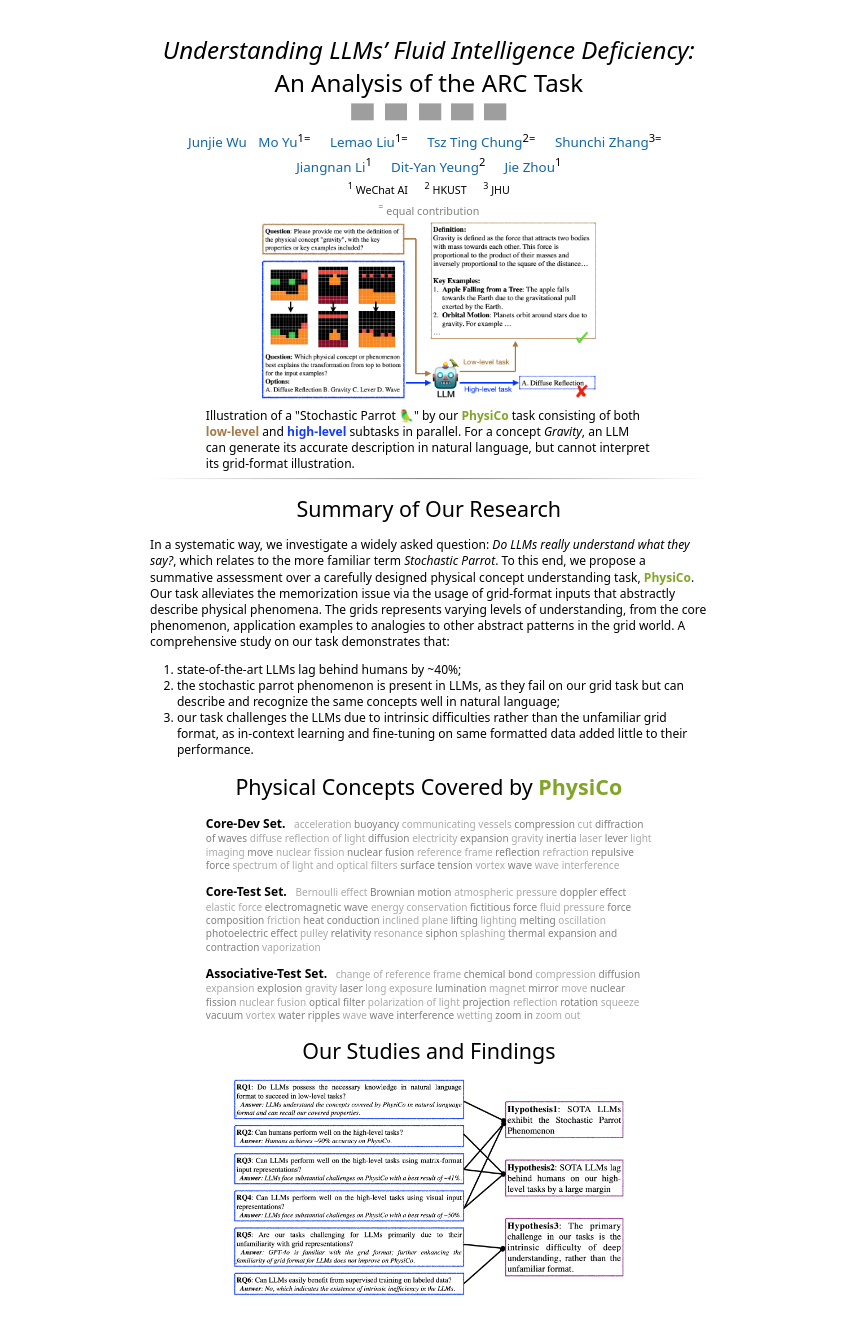
Repository: wujunjie1998/araoc-benchmark.github.io
Page: index.html
These files come from the project's save history. The page is drawn as it stood at one moment and after the next save; the edit follows.
The browser window is 1280 px wide. The pictures show the whole page, at 67% of full size.
Pictures or frames that could not be fetched are drawn as grey boxes.

Above is the page before, as saved 2025-02-07 21:02:36.

### index.html
<html>
  <head>
    <title>
      Understanding LLMs’ Fluid Intelligence Deficiency: An Analysis of the ARC Task
    </title>
    <link
      rel="icon"
      href="data:[embedded picture, 137 characters]"
    />
    <meta charset="UTF-8" />
    <meta name="viewport" content="width=device-width, initial-scale=1" />
    <link rel="stylesheet" href="./css/index.css" />
  </head>

  <body>
    <div class="header">
      <div class="paper-title">
        <i>Understanding LLMs’ Fluid Intelligence Deficiency:</i>
        <br />
        An Analysis of the ARC Task
      </div>
      <div>
        <!-- * Paper -->
        <span class="link-block">
          <a target="_blank" href="./paper.pdf"
            ><img
              class="badge"
              src="https://img.shields.io/badge/Paper-PDF-red?&labelColor=lightgray&logo=arxiv&logoColor=brown" /><img
          /></a>
        </span>
        <!-- * Dataset -->
        <span class="link-block">
          <a
            target="_blank"
            href="https://huggingface.co/datasets/ShunchiZhang/PhysiCo/"
            ><img
              class="badge"
              src="https://img.shields.io/badge/HuggingFace-Dataset-yellow?labelColor=lightgray&logo=huggingface" /><img
          /></a>
        </span>
        <!-- * Code -->
        <span class="link-block">
          <a target="_blank" href="https://github.com/physico-benchmark/physico"
            ><img
              class="badge"
              src="https://img.shields.io/badge/GitHub-Code-gray?labelColor=lightgray&logo=github&logoColor=gray" /><img /></a
        ></span>
        <!-- * Leaderboard -->
        <span class="link-block">
          <a href="./leaderboard.html"
            ><img
              class="badge"
              src="https://img.shields.io/badge/Leaderboard-Visit-blue?labelColor=lightgray&logo=stackblitz&logoColor=367BAF" /><img /></a
        ></span>
        <!-- * X Threads -->
        <span class="link-block">
          <a href="https://x.com/jieeijjie/status/1876713099752861782"
            ><img
              class="badge"
              src="https://img.shields.io/badge/Threads-black?labelColor=lightgray&logo=x&logoColor=gray" /><img /></a
        ></span>
      </div>
      <div>
        <div class="author-list">
          <span class="author-block"
            ><a href="https://wujunjie1998.github.io/">Junjie Wu</a
            >

          <span class="author-block"
            ><a href="https://sites.google.com/site/moyunlp/">Mo Yu</a
            ><sup>1=</sup></span
          >
          <span class="author-block"
            ><a href="https://lemaoliu.github.io/homepage/">Lemao Liu</a
            ><sup>1=</sup></span
          >
          <span class="author-block"
            ><a href="https://ttchungc.github.io/">Tsz Ting Chung</a
            ><sup>2=</sup></span
          >
          <span class="author-block"
            ><a href="https://shunchizhang.github.io">Shunchi Zhang</a
            ><sup>3=</sup></span
          >
        </div>
        <div class="author-list">
          <span class="author-block"
            ><a href="https://openreview.net/profile?id=~Jiangnan_Li2"
              >Jiangnan Li</a
            ><sup>1</sup></span
          >
          <span class="author-block"
            ><a href="https://sites.google.com/view/dyyeung">Dit-Yan Yeung</a
            ><sup>2</sup></span
          >
          <span class="author-block"
            ><a href="https://openreview.net/profile?id=~Jie_Zhou8">Jie Zhou</a
            ><sup>1</sup></span
          >
        </div>
        <div class="inst-list">
          <span class="institution-block"><sup>1</sup> WeChat AI</span>
          <span class="institution-block"><sup>2</sup> HKUST</span>
          <span class="institution-block"><sup>3</sup> JHU</span>
        </div>
        <div class="note-block"><sup>=</sup> equal contribution</div>
      </div>
    </div>

    <div class="teaser">
      <center>
        <img src="./img/teaser.png" />
        <figcaption>
          Illustration of a "Stochastic Parrot 🦜" by our
          <span class="dataset-name">PhysiCo</span> task consisting of both
          <b style="color: #a47b48">low-level</b> and
          <b style="color: #153cf9">high-level</b> subtasks in parallel. For a
          concept <i>Gravity</i>, an LLM can generate its accurate description
          in natural language, but cannot interpret its grid-format
          illustration.
        </figcaption>
      </center>
    </div>

    <hr />

    <!-- ^ Summary of Our Research -->
    <center><h1>Summary of Our Research</h1></center>
    <div class="content">
      <!-- <p style="font-size: large; text-align: center">
        <b>TL;DR:</b>
      </p> -->
      <p>
        In a systematic way, we investigate a widely asked question:
        <i>Do LLMs really understand what they say?</i>, which relates to the
        more familiar term <i>Stochastic Parrot</i>. To this end, we propose a
        summative assessment over a carefully designed physical concept
        understanding task, <span class="dataset-name">PhysiCo</span>. Our task
        alleviates the memorization issue via the usage of grid-format inputs
        that abstractly describe physical phenomena. The grids represents
        varying levels of understanding, from the core phenomenon, application
        examples to analogies to other abstract patterns in the grid world. A
        comprehensive study on our task demonstrates that:
      </p>
      <ol>
        <li>state-of-the-art LLMs lag behind humans by ~40%;</li>
        <li>
          the stochastic parrot phenomenon is present in LLMs, as they fail on
          our grid task but can describe and recognize the same concepts well in
          natural language;
        </li>
        <li>
          our task challenges the LLMs due to intrinsic difficulties rather than
          the unfamiliar grid format, as in-context learning and fine-tuning on
          same formatted data added little to their performance.
        </li>
      </ol>
    </div>

    <!-- ^ Physical Concepts Covered by `PhysiCo` -->
    <center>
      <h1>
        Physical Concepts Covered by <span class="dataset-name">PhysiCo</span>
      </h1>
    </center>
    <div class="content narrower">
      <p>
        <strong>Core-Dev Set.</strong>&ensp;<span style="font-size: smaller">
          <span style="color: darkgray">acceleration</span>
          <span style="color: gray">buoyancy</span>
          <span style="color: darkgray">communicating vessels</span>
          <span style="color: gray">compression</span>
          <span style="color: darkgray">cut</span>
          <span style="color: gray">diffraction of waves</span>
          <span style="color: darkgray">diffuse reflection of light</span>
          <span style="color: gray">diffusion</span>
          <span style="color: darkgray">electricity</span>
          <span style="color: gray">expansion</span>
          <span style="color: darkgray">gravity</span>
          <span style="color: gray">inertia</span>
          <span style="color: darkgray">laser</span>
          <span style="color: gray">lever</span>
          <span style="color: darkgray">light imaging</span>
          <span style="color: gray">move</span>
          <span style="color: darkgray">nuclear fission</span>
          <span style="color: gray">nuclear fusion</span>
          <span style="color: darkgray">reference frame</span>
          <span style="color: gray">reflection</span>
          <span style="color: darkgray">refraction</span>
          <span style="color: gray">repulsive force</span>
          <span style="color: darkgray"
            >spectrum of light and optical filters</span
          >
          <span style="color: gray">surface tension</span>
          <span style="color: darkgray">vortex</span>
          <span style="color: gray">wave</span>
          <span style="color: darkgray">wave interference</span></span
        >
      </p>
      <p>
        <strong>Core-Test Set.</strong>&ensp;<span style="font-size: smaller">
          <span style="color: darkgray">Bernoulli effect</span>
          <span style="color: gray">Brownian motion</span>
          <span style="color: darkgray">atmospheric pressure</span>
          <span style="color: gray">doppler effect</span>
          <span style="color: darkgray">elastic force</span>
          <span style="color: gray">electromagnetic wave</span>
          <span style="color: darkgray">energy conservation</span>
          <span style="color: gray">fictitious force</span>
          <span style="color: darkgray">fluid pressure</span>
          <span style="color: gray">force composition</span>
          <span style="color: darkgray">friction</span>
          <span style="color: gray">heat conduction</span>
          <span style="color: darkgray">inclined plane</span>
          <span style="color: gray">lifting</span>
          <span style="color: darkgray">lighting</span>
          <span style="color: gray">melting</span>
          <span style="color: darkgray">oscillation</span>
          <span style="color: gray">photoelectric effect</span>
          <span style="color: darkgray">pulley</span>
          <span style="color: gray">relativity</span>
          <span style="color: darkgray">resonance</span>
          <span style="color: gray">siphon</span>
          <span style="color: darkgray">splashing</span>
          <span style="color: gray">thermal expansion and contraction</span>
          <span style="color: darkgray">vaporization</span></span
        >
      </p>
      <p>
        <strong>Associative-Test Set.</strong>&ensp;<span
          style="font-size: smaller"
        >
          <span style="color: darkgray">change of reference frame</span>
          <span style="color: gray">chemical bond</span>
          <span style="color: darkgray">compression</span>
          <span style="color: gray">diffusion</span>
          <span style="color: darkgray">expansion</span>
          <span style="color: gray">explosion</span>
          <span style="color: darkgray">gravity</span>
          <span style="color: gray">laser</span>
          <span style="color: darkgray">long exposure</span>
          <span style="color: gray">lumination</span>
          <span style="color: darkgray">magnet</span>
          <span style="color: gray">mirror</span>
          <span style="color: darkgray">move</span>
          <span style="color: gray">nuclear fission</span>
          <span style="color: darkgray">nuclear fusion</span>
          <span style="color: gray">optical filter</span>
          <span style="color: darkgray">polarization of light</span>
          <span style="color: gray">projection</span>
          <span style="color: darkgray">reflection</span>
          <span style="color: gray">rotation</span>
          <span style="color: darkgray">squeeze</span>
          <span style="color: gray">vacuum</span>
          <span style="color: darkgray">vortex</span>
          <span style="color: gray">water ripples</span>
          <span style="color: darkgray">wave</span>
          <span style="color: gray">wave interference</span>
          <span style="color: darkgray">wetting</span>
          <span style="color: gray">zoom in</span>
          <span style="color: darkgray">zoom out</span></span
        >
      </p>
    </div>

    <!-- ^ Our Studies and Findings -->
    <center><h1>Our Studies and Findings</h1></center>
    <div class="content">
      <!-- <p>Foo Bar</p> -->
      <center>
        <img src="./img/rq.png" width="70%" />
        <!-- <figcaption style="text-align: center">
          6 Research Questions (RQs) and 3 Hypotheses
        </figcaption> -->
      </center>
    </div>
  </body>
</html>

### css/index.css
@import url("https://fonts.googleapis.com/css2?family=Noto+Sans:ital,wght@0,100..900;1,100..900&display=swap");

body {
  font-family: "Noto Sans", sans-serif;
  font-optical-sizing: auto;
  font-style: normal;
  font-variation-settings: "wdth" 100;
  font-weight: 400;
  font-size: 18px;
  margin: 50px auto;
  width: 65%;
}

div.header,
div.teaser,
div.content {
  margin-left: auto;
  margin-right: auto;
}

div.narrower {
  width: 80% !important;
}

div.header div {
  margin: 6px;
  text-align: center;
}

div.teaser img {
  max-width: 60%;
}

.paper-title {
  font-size: 36px;
}

.author-block {
  font-size: 20px;
  margin: 0px 12px;
}

.institution-block {
  font-size: 16px;
  margin: 0px 10px;
}

.note-block {
  color: gray;
  font-size: 16px;
}

.link-block {
  font-size: 24px;
  font-weight: bold;
  margin: 0px 5px;
}

.badge {
  width: auto;
  height: 2vw;
}

.dataset-name {
  font-weight: bold;
  color: #81a526;
}

h1 {
  font-size: 32px;
  font-weight: 300;
}

.disclaimerbox {
  background-color: #eee;
  border: 1px solid #eeeeee;
  border-radius: 10px;
  -moz-border-radius: 10px;
  -webkit-border-radius: 10px;
  padding: 20px;
}

video.header-vid {
  height: 140px;
  border: 1px solid black;
  border-radius: 10px;
  -moz-border-radius: 10px;
  -webkit-border-radius: 10px;
}

figcaption {
  margin: 10px 0px;
  width: 80%;
  text-align: left;
}

img.header-img {
  height: 140px;
  border: 1px solid black;
  border-radius: 10px;
  -moz-border-radius: 10px;
  -webkit-border-radius: 10px;
}

img.rounded {
  border: 1px solid #eeeeee;
  border-radius: 10px;
  -moz-border-radius: 10px;
  -webkit-border-radius: 10px;
}

a:link,
a:visited {
  color: #1367a7;
  text-decoration: none;
}
a:hover {
  color: #208799;
}

td.dl-link {
  height: 160px;
  text-align: center;
  font-size: 22px;
}

.vert-cent {
  position: relative;
  top: 50%;
  transform: translateY(-50%);
}

hr {
  border: 0;
  height: 1px;
  background-image: linear-gradient(
    to right,
    rgba(0, 0, 0, 0),
    rgba(0, 0, 0, 0.75),
    rgba(0, 0, 0, 0)
  );
}

.citation {
  text-align: left;
  font-family: monospace;
  font-size: 8pt;
  text-wrap: auto;
}

@media screen and (max-width: 1120px) {
  body {
    font-size: 16px;
    width: 90%;
  }
  div.teaser img {
    max-width: 100%;
  }
  .paper-title {
    font-size: 26px;
  }
  .author-block,
  .institution-block,
  .note-block {
    font-size: 14px;
  }
  .link-block {
    font-size: 20px;
  }
  .badge {
    width: auto;
    height: 28px;
    margin-top: 3px;
    margin-bottom: 3px;
  }
  h1 {
    font-size: 26px;
  }
}

After the next save:
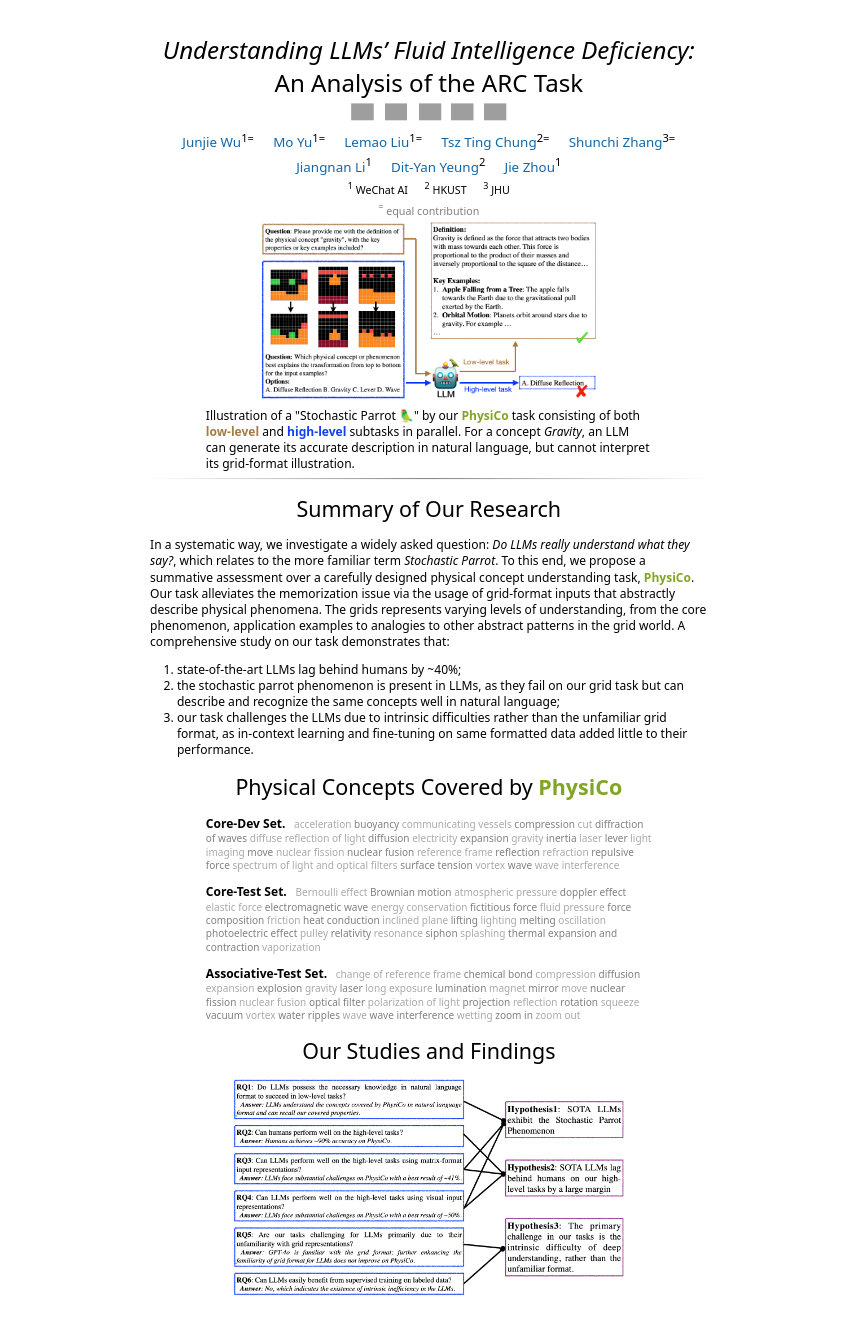
Saved 40 s later.
--- a/index.html
+++ b/index.html
@@ -64,8 +64,8 @@
         <div class="author-list">
           <span class="author-block"
             ><a href="https://wujunjie1998.github.io/">Junjie Wu</a
-            >
-
+            ><sup>1=</sup></span
+          >
           <span class="author-block"
             ><a href="https://sites.google.com/site/moyunlp/">Mo Yu</a
             ><sup>1=</sup></span
